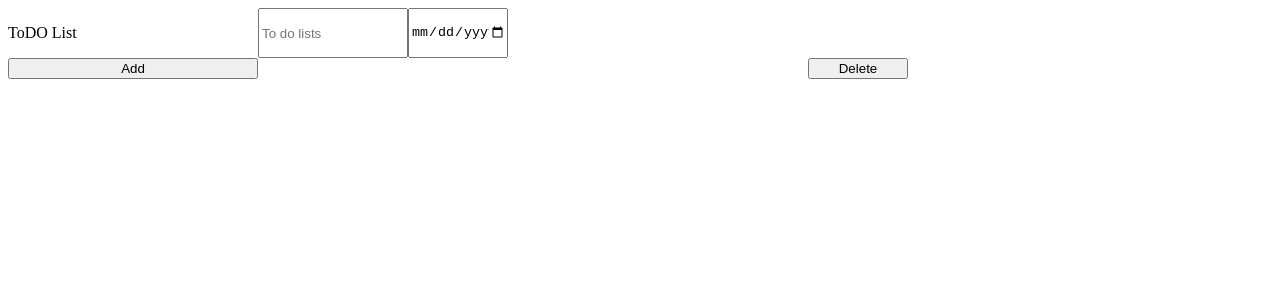
Repository: pgyunknown/ToDo-List
Page: index.html
An editor plug-in stored every save of this project. The page is shown before and after the next save, followed by the edit.
The browser window is 1280 px wide. The pictures show the whole page.

Above is the page before, as saved 2024-08-29 19:43:43.

### index.html
<!DOCTYPE html>
<html lang="en">
<head>
  <meta charset="UTF-8">
  <meta name="viewport" content="width=device-width, initial-scale=1.0">
  <link rel="stylesheet" href="index.css">
  <title>Document</title>
</head>
<body>
  <div class="grid-body">
  <p>ToDO List</p>
  <input placeholder="To do lists" class="js-name-input"><input type="date" class="js-date-b"><button onclick="addWork();">Add</button><br>

  <div class="js-todo-list todo-grid">text</div>

  </div>

  <script src="index.js"></script>
</body>
</html>

### index.css
.todo-grid, .grid-body{
  display: grid;
  grid-template-columns: 250px 150px 100px;
}

### index.js
const todoList=[{
  name:'',duedate:''
}
];

eventList();
function eventList(){
  let todoListHTML=' ';
  for(i=0;i<todoList.length;i++){
    const todoObj=todoList[i];
    const {name}=todoObj;
    const {duedate}=todoObj;
    const html=`
    <div >${name}</div>
    <div >${duedate}</div>
    <button onclick="todoList.splice(${i},1);
    eventList();">Delete</button>
    `;
    todoListHTML+=html;
}
console.log(todoListHTML) ;
document.querySelector('.js-todo-list').innerHTML=todoListHTML;
}
function addWork(){
  const inputElement=document.querySelector('.js-name-input');
  const name=inputElement.value;

  const dateinputElement=document.querySelector('.js-date-b');
  const duedate=dateinputElement.value;

  todoList.push({
    name:name,
    duedate:duedate
  });

  inputElement.value='';
  // console.log(todoList);
  eventList();
}

After the next save:
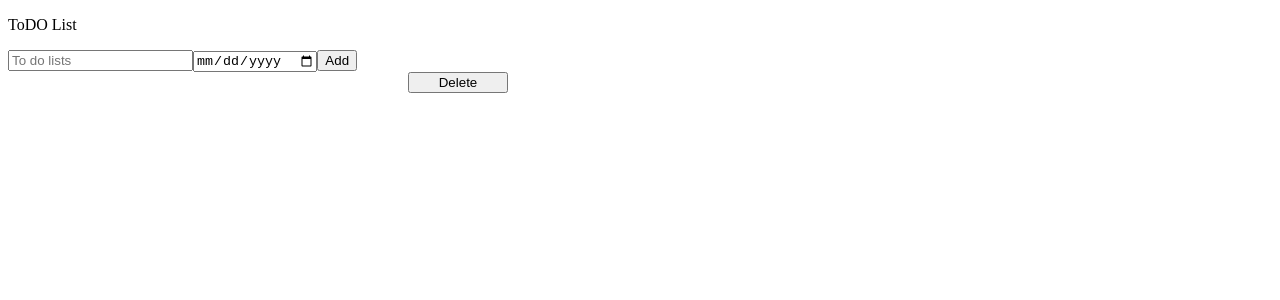
Saved 15 s later.
--- a/index.css
+++ b/index.css
@@ -1,4 +1,4 @@
-.todo-grid, .grid-body{
+.todo-grid{
   display: grid;
   grid-template-columns: 250px 150px 100px;
 }

After the 4 saves that followed:
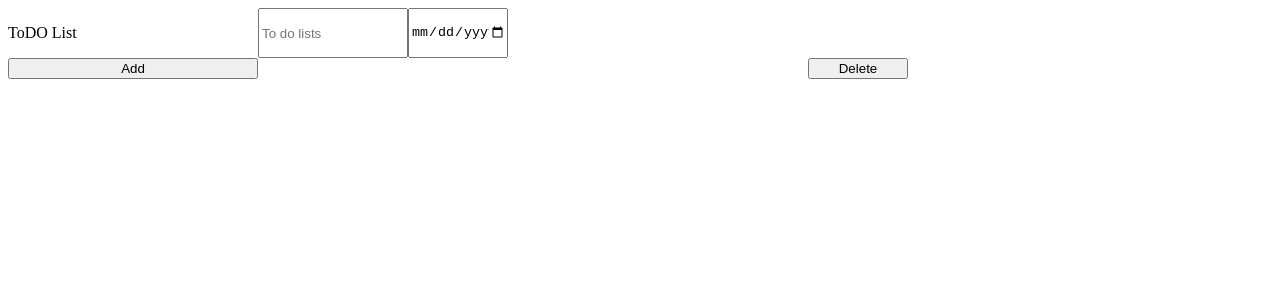
The 4 saves are shown as one change because 1 left the picture as it was and some came seconds apart.
The last was saved 14 s later.
--- a/index.css
+++ b/index.css
@@ -2,3 +2,8 @@
   display: grid;
   grid-template-columns: 250px 150px 100px;
 }
+
+.grid-body{
+  display: grid;
+  grid-template-columns: 250px 150px 100px;
+}
